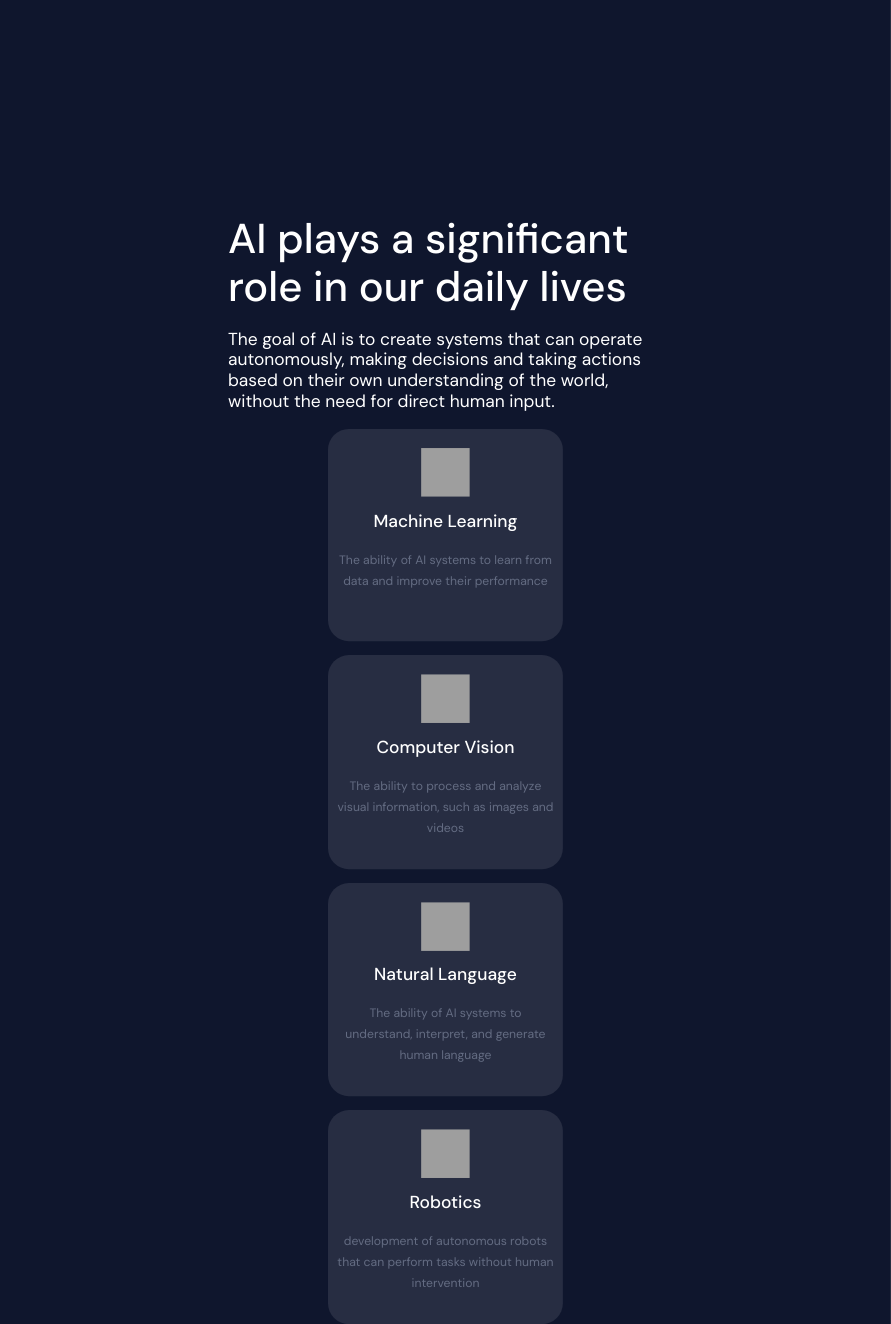
Repository: guli95/four-areas-of-AI-INVO-ACAdemy
Page: /
These files come from the project's save history. The page is drawn as it stood at one moment and after the next save; the edit follows.
The browser window is 1024 px wide. The pictures show the whole page, at 87% of full size.
Pictures or frames that could not be fetched are drawn as grey boxes. The project was rebuilt for these pictures with package versions that can differ from the ones it lists, and the page was loaded fresh each time.

Above is the page before, as saved 2023-03-13 16:00:47.

After the next save:
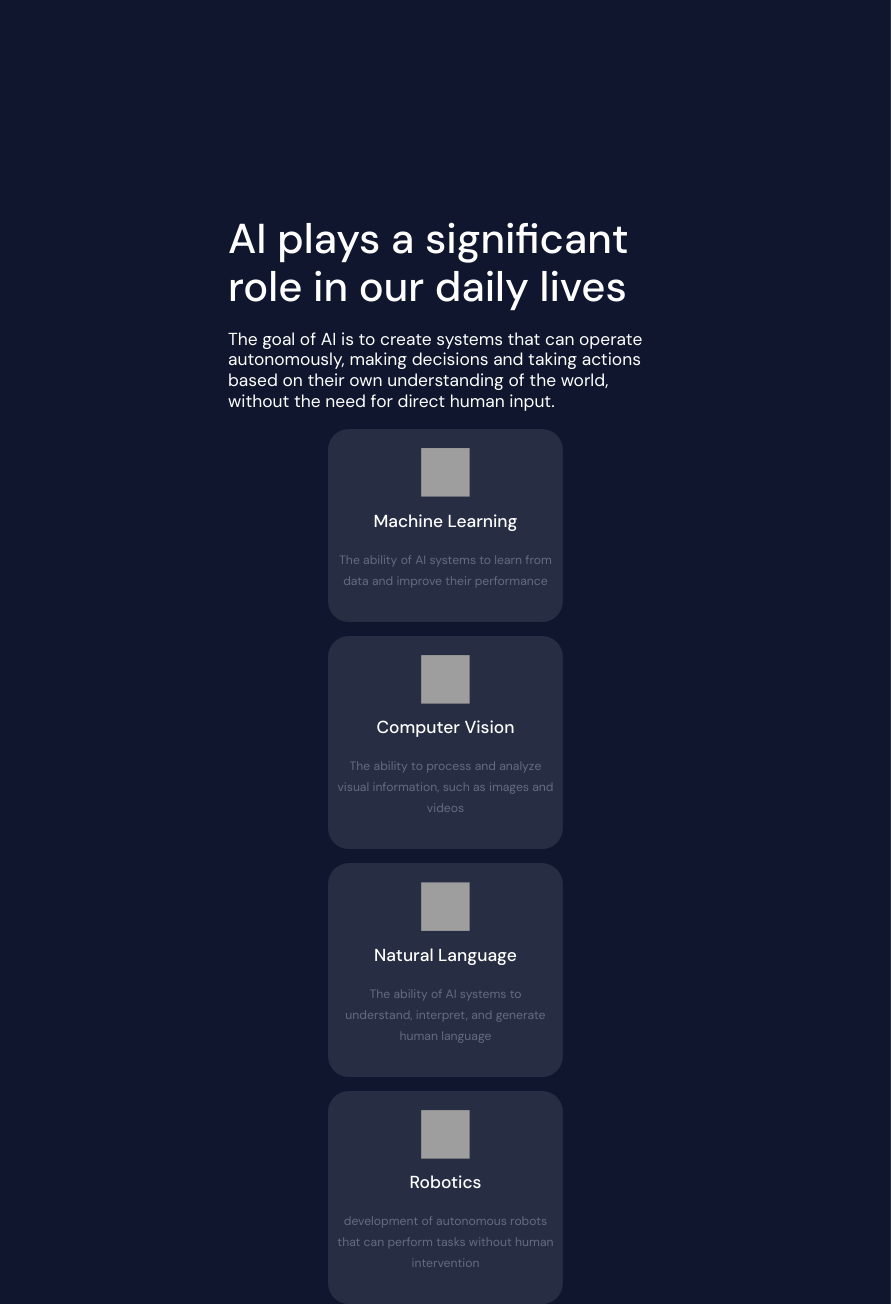
Saved 31 s later.
--- a/src/pages/home-page/styles/home-page.scss
+++ b/src/pages/home-page/styles/home-page.scss
@@ -87,6 +87,10 @@
             &:hover{
                 background-color: lighten($color: #272D42, $amount: 10) ;
             }
+            @media screen and (max-width:1191px) {
+                width: 100%;
+                min-height:auto;
+            }
             @media screen and (max-width:480px) {
                 width: 100%;
                 min-height:auto;
